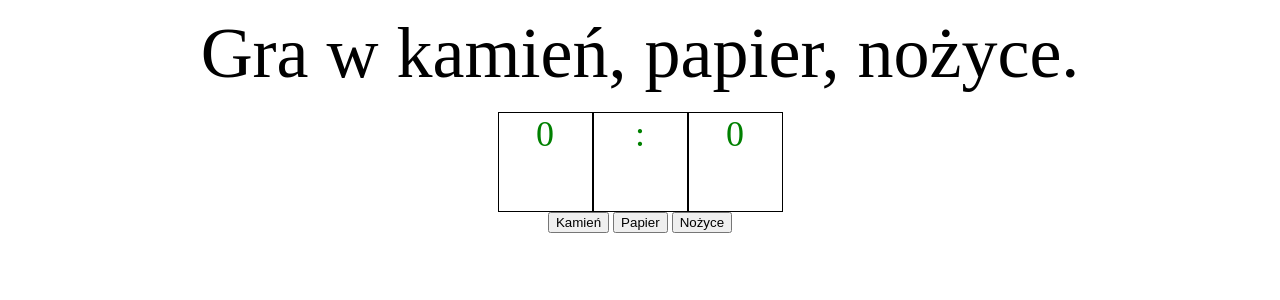
Repository: ulasup/javascript-prework
Page: index.html
An editor plug-in stored every save of this project. The page is shown before and after the next save, followed by the edit.
The browser window is 1280 px wide. The pictures show the whole page.
Some web libraries are served in a nearby version. The style sheet was rebuilt from its Sass, Less or Tailwind sources for each picture, by a compiler version that may differ from the author's.

Above is the page before, as saved 2020-12-12 17:21:30.

### index.html
<!DOCTYPE html>
<html lang="en">
<head>
	<meta charset="UTF-8">
	<title>Kamień, papier, nożyce</title>
	<link rel="stylesheet" href="https://cdnjs.cloudflare.com/ajax/libs/font-awesome/5.9.0/css/all.min.css">
    <link rel="stylesheet" href="vendor/bootstrap-grid.css">
	<link rel="stylesheet" href="css/style.css">
</head>
<body>
	<div class="container">
		<div class="header">Gra w kamień, papier, nożyce.</div>
		<div class=row>
			<div class="player col-1">0</div>
			<div class="score col-1">:</div>
			<div class="computer col-1">0</div>
		</div>
		<div id="buttons">
			<button id="button-rock" type="button">Kamień</button>
			<button id="button-paper" type="button">Papier</button>
			<button id="button-scissors" type="button">Nożyce</button>
		</div>
		<div id="messages"></div>
	</div>
	<script src="js/functions.js"></script>
	<script src="js/script.js"></script>
</body>
</html>

### js/script.js
let buttonRock, buttonPaper, buttonScissors,
playerScore=0,
computerScore=0;

buttonRock = document.getElementById('button-rock');
buttonPaper = document.getElementById('button-paper');
buttonScissors = document.getElementById('button-scissors');

function buttonClicked(argButtonName) {
  clearMessages();

  let computerMove, playerMove, randomNumber;

  function getMoveName(argMoveId) {
    if (argMoveId == 1) {
      return 'kamień';
    } else if (argMoveId == 2) {
      return 'papier';
    } else if (argMoveId == 3) {
      return 'nożyce';
    } else {
      printMessage('Nie znam ruchu o id ' + argMoveId + '. Zakładam, że chodziło o "kamień".');
      return 'kamień';
    }
  }

  function displayResult(argPlayerMove, argComputerMove) {
    if (argPlayerMove == 'papier' && argComputerMove == 'kamień') {
      playerScore++;
      printMessage('Brawo! Zdobywasz punkt!');
    }
    else if (argPlayerMove == 'kamień' && argComputerMove == 'nożyce') {
      playerScore++;
      printMessage('Brawo! Zdobywasz punkt!');
    }
    else if (argPlayerMove == 'nożyce' && argComputerMove == 'papier') {
      playerScore++;
      printMessage('Brawo! Zdobywasz punkt!');
    }
    else if (argPlayerMove == argComputerMove) {
      printMessage('Remis!');
    }
    else {
      computerScore++;
      printMessage('Komputer zdobył punkt!');
    }
    printMessage('Komputer zagrał ' + argComputerMove + ', a Ty ' + argPlayerMove);
  }

  playerMove = argButtonName;
  randomNumber = Math.floor(Math.random() * 3 + 1);
  computerMove = getMoveName(randomNumber);

  if (playerScore == 3) {
    printMessage('Koniec gry! Wygrałeś');
  }
  else if (computerScore == 3) {
    printMessage('Koniec gry! Przegrałeś :(');
  }
  else displayResult(playerMove, computerMove);
}

buttonRock.addEventListener('click', function(){ buttonClicked('kamień'); });
buttonPaper.addEventListener('click', function(){ buttonClicked('papier'); });
buttonScissors.addEventListener('click', function(){ buttonClicked('nożyce'); });

### sass/style.scss
body {
    margin: 12px auto;
    text-align: center;
}
.header {
    min-height: 100px;
    font-size: 72px;
}
.row {
    justify-content: center;
}
.player, .computer, .score {
    min-height: 100px;
    color: green;
    font-size: 36px;
    border: 1px solid black;
    align-items: center;
}

Loaded but not shown: vendor/bootstrap-grid.css (library); js/functions.js (common file)

After the next save:
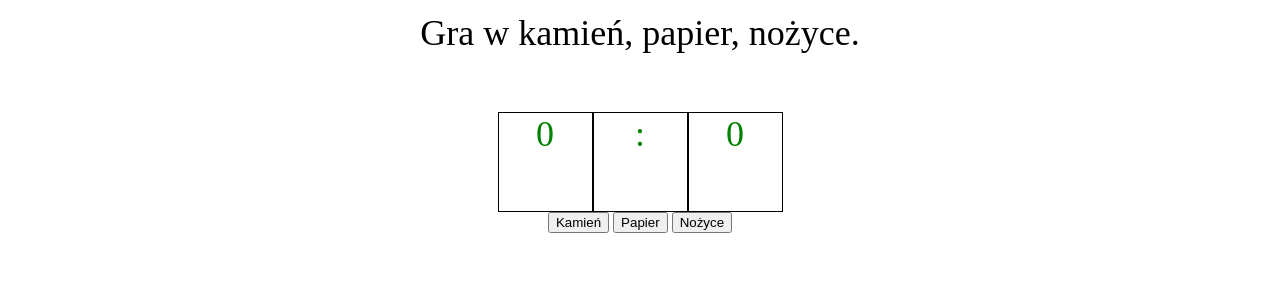
Saved 16 s later.
--- a/sass/style.scss
+++ b/sass/style.scss
@@ -4,7 +4,7 @@ body {
 }
 .header {
     min-height: 100px;
-    font-size: 72px;
+    font-size: 36px;
 }
 .row {
     justify-content: center;
